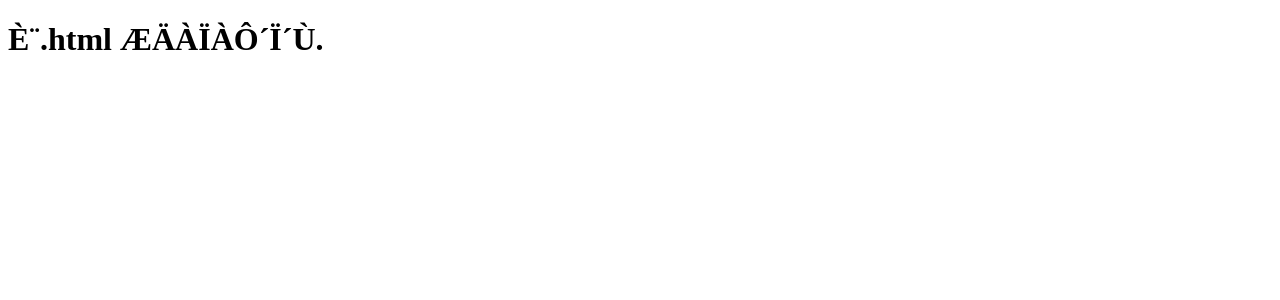
Repository: codingspecialist/jsp-weekend
Page: http://localhost/cos/home.jsp
An editor plug-in stored every save of this project. The page is shown before and after the next save, followed by the edit.
The browser window is 1280 px wide. The pictures show the whole page.
The page is served by Tomcat 9.

Above is the page before, as saved 2020-08-08 06:02:00.

After the next save:
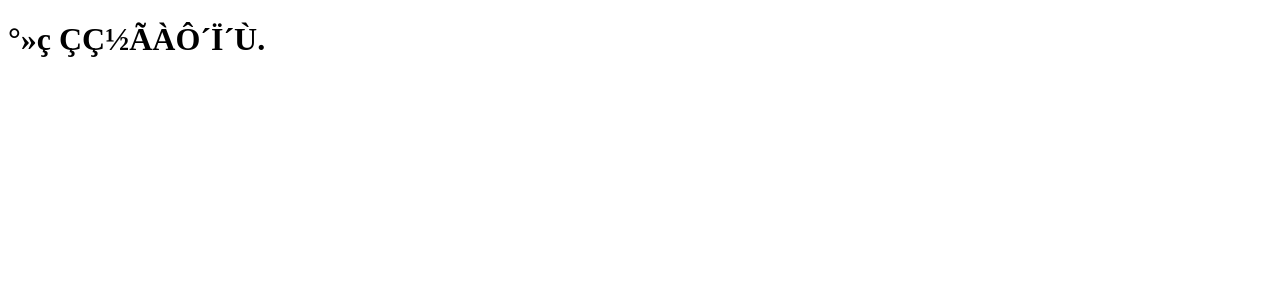
Saved 14 min 47 s later.
--- a/cos/WebContent/home.jsp
+++ b/cos/WebContent/home.jsp
@@ -5,6 +5,6 @@
 <title>Insert title here</title>
 </head>
 <body>
-<h1>홈.html 파일입니다.</h1>
+<h1>강사 피시입니다.</h1>
 </body>
 </html>
